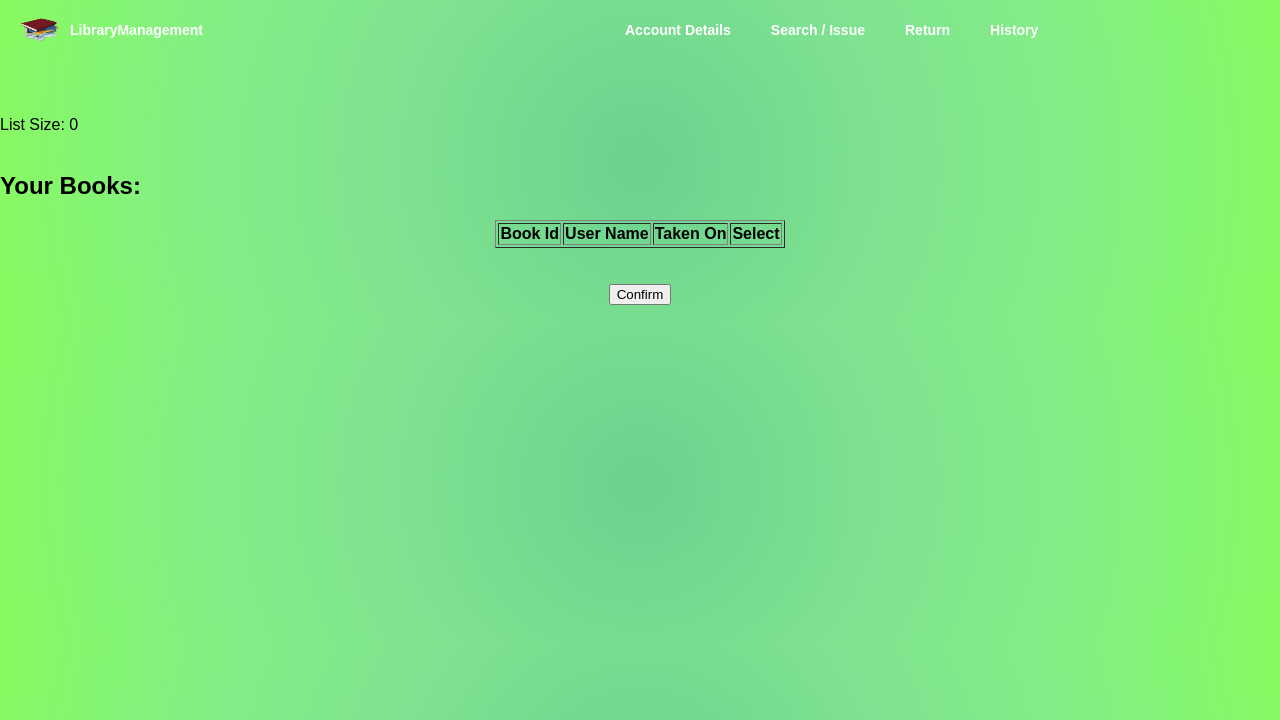
Repository: amitSai12/CMS
Page: http://localhost/LibraryManagementDemo/TranBook.jsp
The author's editor kept a copy of each file at every save. The page is drawn from the files as they stood at one save, then again after the next save.
The browser window is 1280 px wide. The pictures show the whole page.
The page is served by Tomcat 9. Queries for data that is not in the repository find no rows.

Above is the page before, as saved 2023-10-01 19:31:21.

After the next save:
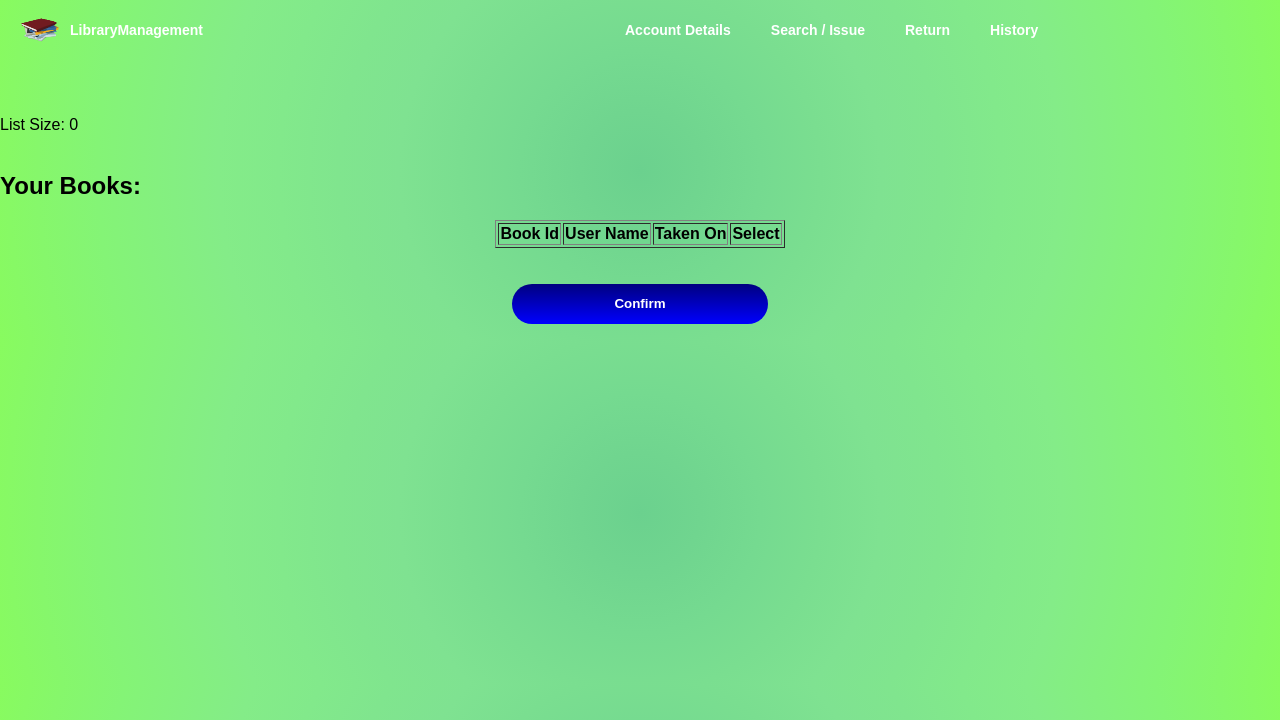
Saved 17 s later.
--- a/Day1_Thu/LibraryManagementDemo/src/main/webapp/menu.css
+++ b/Day1_Thu/LibraryManagementDemo/src/main/webapp/menu.css
@@ -60,6 +60,7 @@ body {
     width: 0%; /* Initially, the width is 0% */
     height: 2px; /* Set the height of the underline */
 background-image: linear-gradient(to right, #1b009f, #131d93, #1b2a84, #273273, #323961, #353b57, #393d4d, #3d3e42, #3c3c3f, #3a3a3c, #39393a, #373737);
+}
 .menu a:hover {
  color:black;
 }
